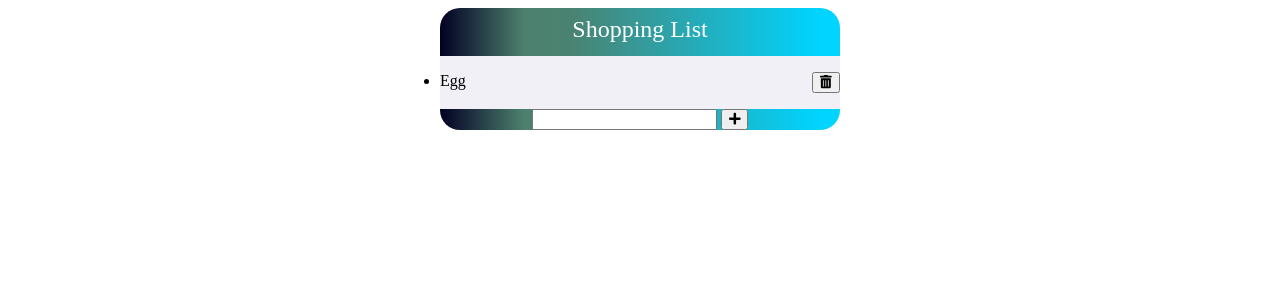
Repository: woojinShim/Browser-Study
Page: shopping/index.html
The author's editor kept a copy of each file at every save. The page is drawn from the files as they stood at one save, then again after the next save.
The browser window is 1280 px wide. The pictures show the whole page.

Above is the page before, as saved 2022-02-06 21:07:04.

After the next save:
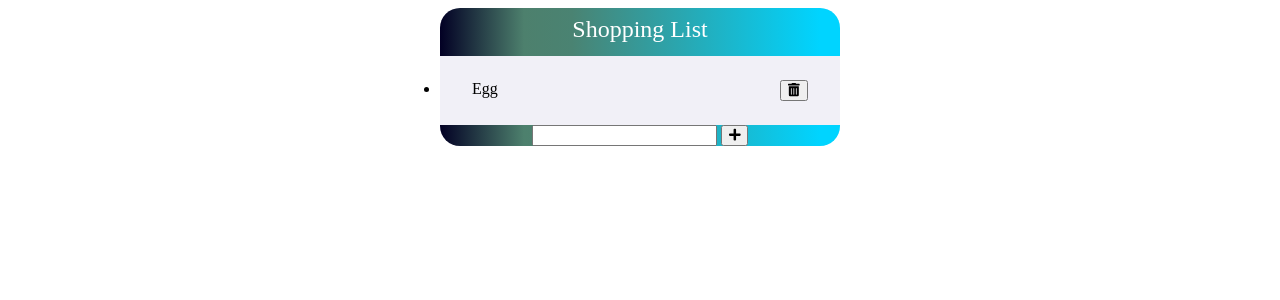
Saved 4 s later.
--- a/shopping/style.css
+++ b/shopping/style.css
@@ -42,7 +42,7 @@ items {
 .item {
   display: flex;
   justify-content: space-between;
-  padding: 8 px 32px;
+  padding: 8px 32px;
 }
 
 .footer {
